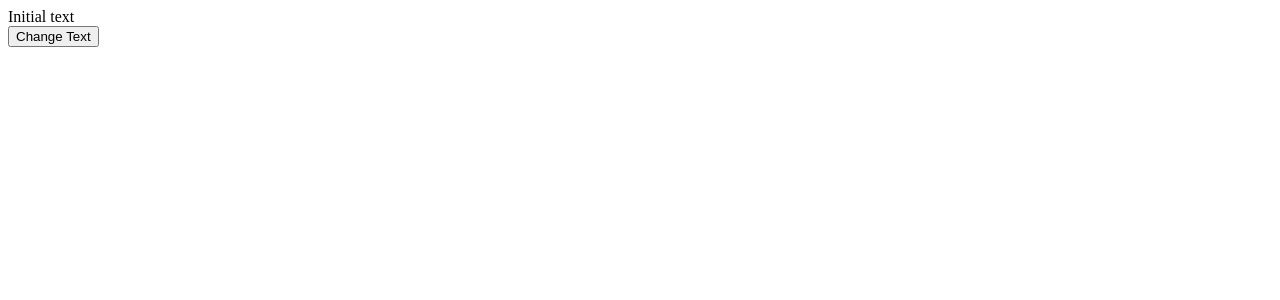
Repository: arturr0/render-portfolio
Page: views/textcontent.html
An editor plug-in stored every save of this project. The page is shown before and after the next save, followed by the edit.
The browser window is 1280 px wide. The pictures show the whole page.
After loading, the first visible `button` was clicked once.

Above is the page before, as saved 2025-04-19 13:14:37.
Console error: ReferenceError: changeText is not defined

### views/textcontent.html
<!DOCTYPE html>
<html lang="en">
<head>
    <meta charset="UTF-8">
    <meta name="viewport" content="width=device-width, initial-scale=1.0">
    <title>Document</title>
    <style>
        .text-container {
        transition: opacity 0.5s ease;
        opacity: 1;
        }
        .text-container.fade-out {
        opacity: 0;
        }

    </style>
</head>
<body>
    <div class="text-container" id="textContainer">Initial text</div>
    <button onclick="changeText()">Change Text</button>
</body>
</html>

After the next save:
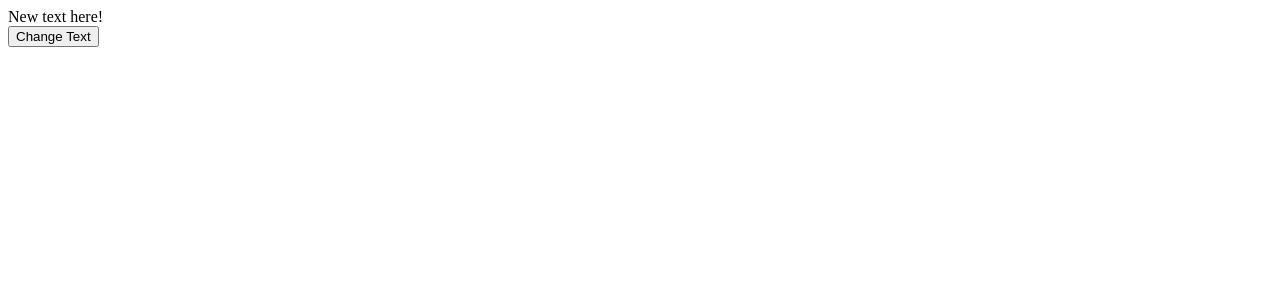
The error is gone.
Saved 35 s later.
--- a/views/textcontent.html
+++ b/views/textcontent.html
@@ -18,5 +18,17 @@
 <body>
     <div class="text-container" id="textContainer">Initial text</div>
     <button onclick="changeText()">Change Text</button>
+    <script>
+        function changeText() {
+            const el = document.getElementById('textContainer');
+            el.classList.add('fade-out');
+
+            setTimeout(() => {
+                el.textContent = "New text here!";
+                el.classList.remove('fade-out');
+            }, 500); // matches the transition duration
+        }
+
+    </script>
 </body>
 </html>
